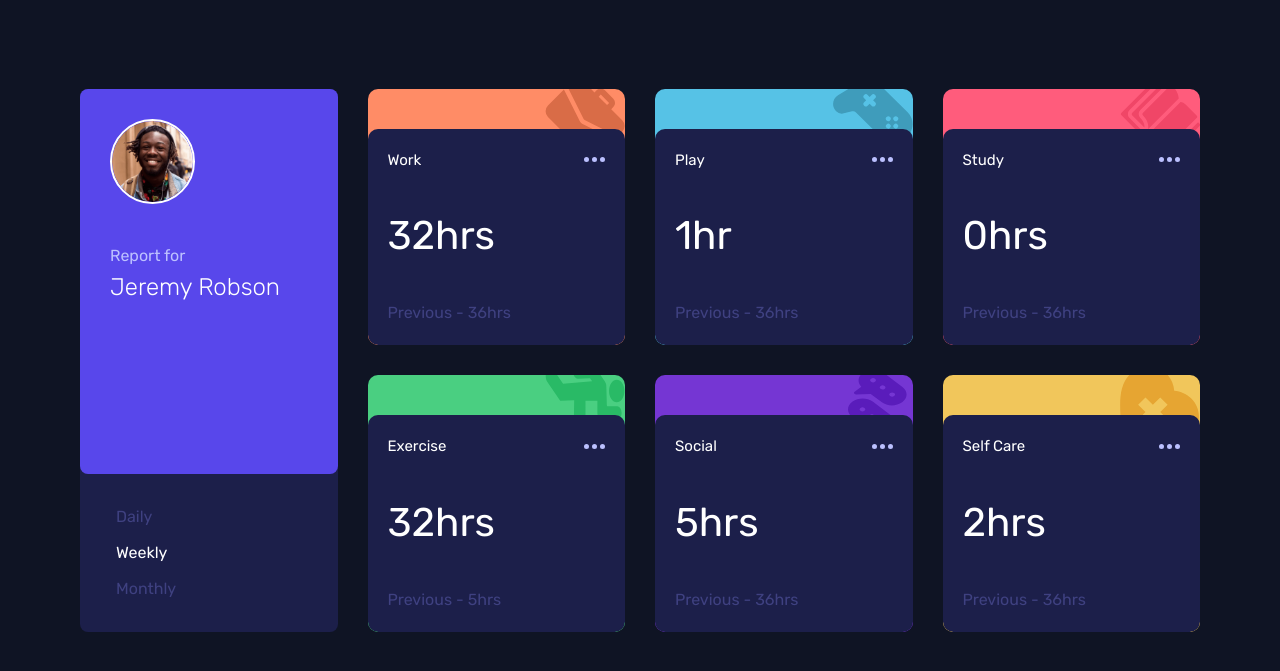
Repository: Akashiii1/WebTimeTracking_Day6
Page: index.html
These files come from the project's save history. The page is drawn as it stood at one moment and after the next save; the edit follows.
The browser window is 1280 px wide. The pictures show the whole page.

Above is the page before, as saved 2021-12-27 00:32:59.

After the next save:
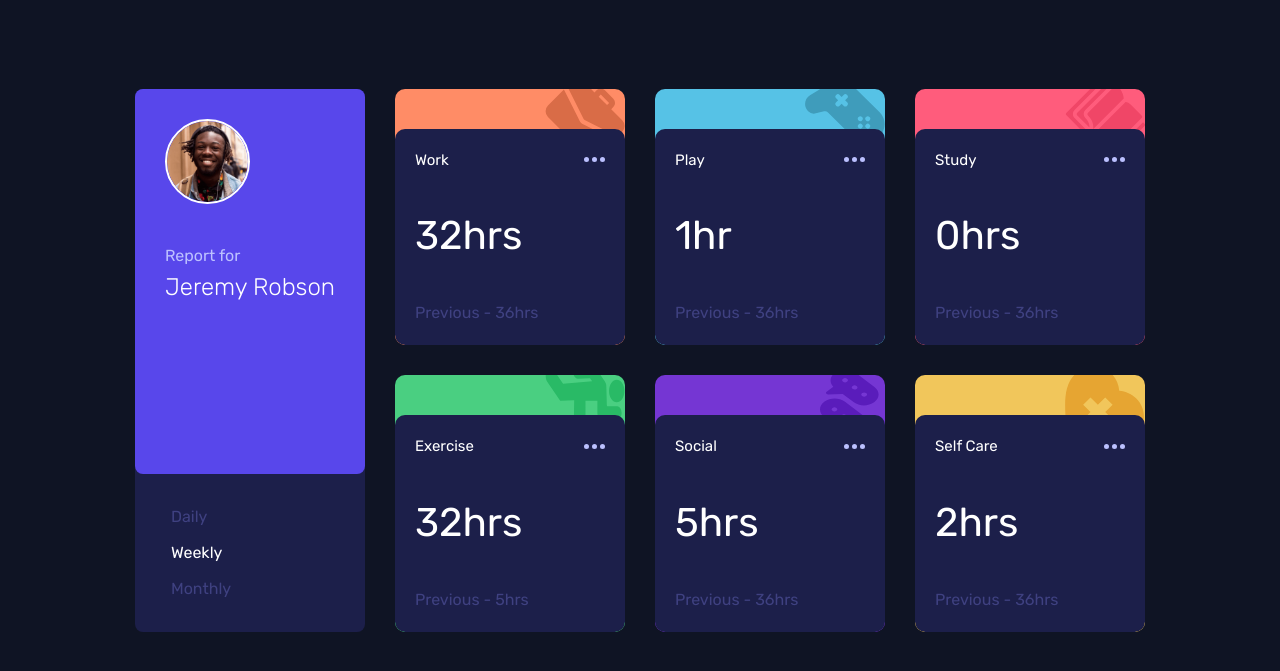
Saved 24 s later.
--- a/style.css
+++ b/style.css
@@ -55,7 +55,7 @@ body{
   align-items: center;
 }
 .container{
-  width: 1120px;
+  max-width: 1120px;
   display: grid;
   grid-template-columns: repeat(4,1fr);
   /* grid-template-rows: repeat(2,1fr); */
